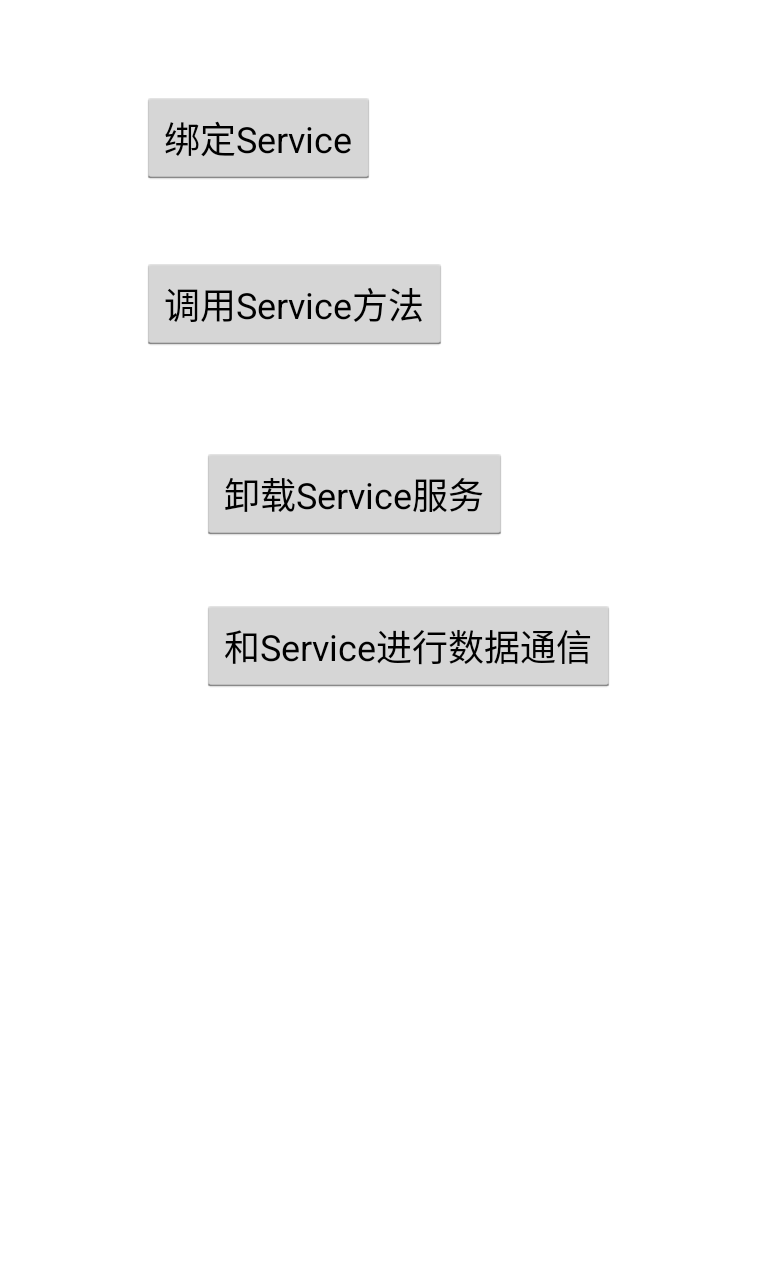
Repository: great-tiger/android-demo
Layout: android_service_activity_tran/res/layout/activity_main.xml
An editor plug-in stored every save of this project. The layout is shown before and after the next save, followed by the edit.
It is drawn on a 768 x 1280 px phone screen (xhdpi) without system bars, with theme AppTheme; the app's code is not run.

Above is the layout before, as saved 2016-01-02 02:40:50.

After the next save:
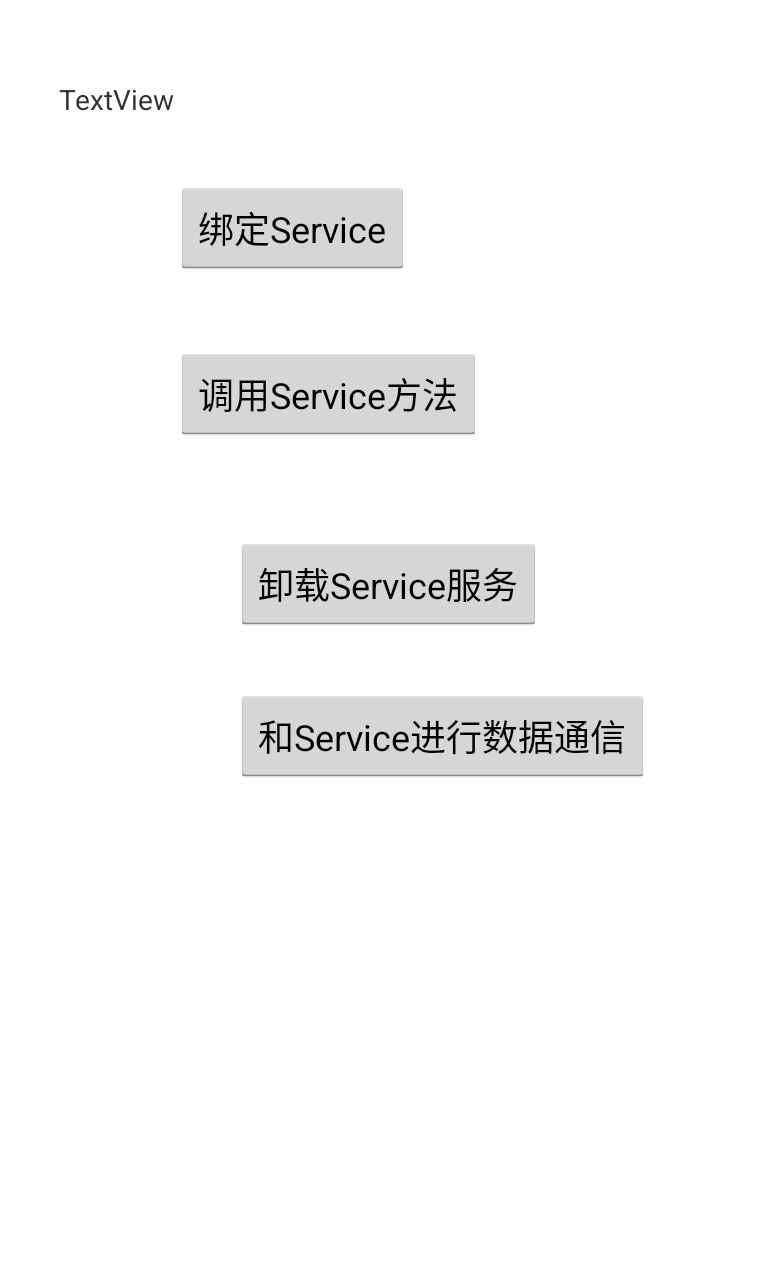
Saved 2 min 4 s later.
--- a/android_service_activity_tran/res/layout/activity_main.xml
+++ b/android_service_activity_tran/res/layout/activity_main.xml
@@ -7,16 +7,6 @@
     android:paddingRight="@dimen/activity_horizontal_margin"
     android:paddingTop="@dimen/activity_vertical_margin"
     tools:context="com.example.android_service_activity_tran.MainActivity" >
-
-    <Button
-        android:id="@+id/button1"
-        android:layout_width="wrap_content"
-        android:layout_height="wrap_content"
-        android:layout_alignParentLeft="true"
-        android:layout_alignParentTop="true"
-        android:layout_marginLeft="54dp"
-        android:layout_marginTop="29dp"
-        android:text="绑定Service" />
 
     <Button
         android:id="@+id/button2"
@@ -46,4 +36,23 @@
         android:layout_marginTop="28dp"
         android:text="和Service进行数据通信" />
 
+    <Button
+        android:id="@+id/button1"
+        android:layout_width="wrap_content"
+        android:layout_height="wrap_content"
+        android:layout_alignParentLeft="true"
+        android:layout_alignParentTop="true"
+        android:layout_marginLeft="71dp"
+        android:layout_marginTop="74dp"
+        android:text="绑定Service" />
+
+    <TextView
+        android:id="@+id/textView1"
+        android:layout_width="wrap_content"
+        android:layout_height="wrap_content"
+        android:layout_alignParentTop="true"
+        android:layout_marginTop="24dp"
+        android:layout_toLeftOf="@+id/button2"
+        android:text="TextView" />
+
 </RelativeLayout>
